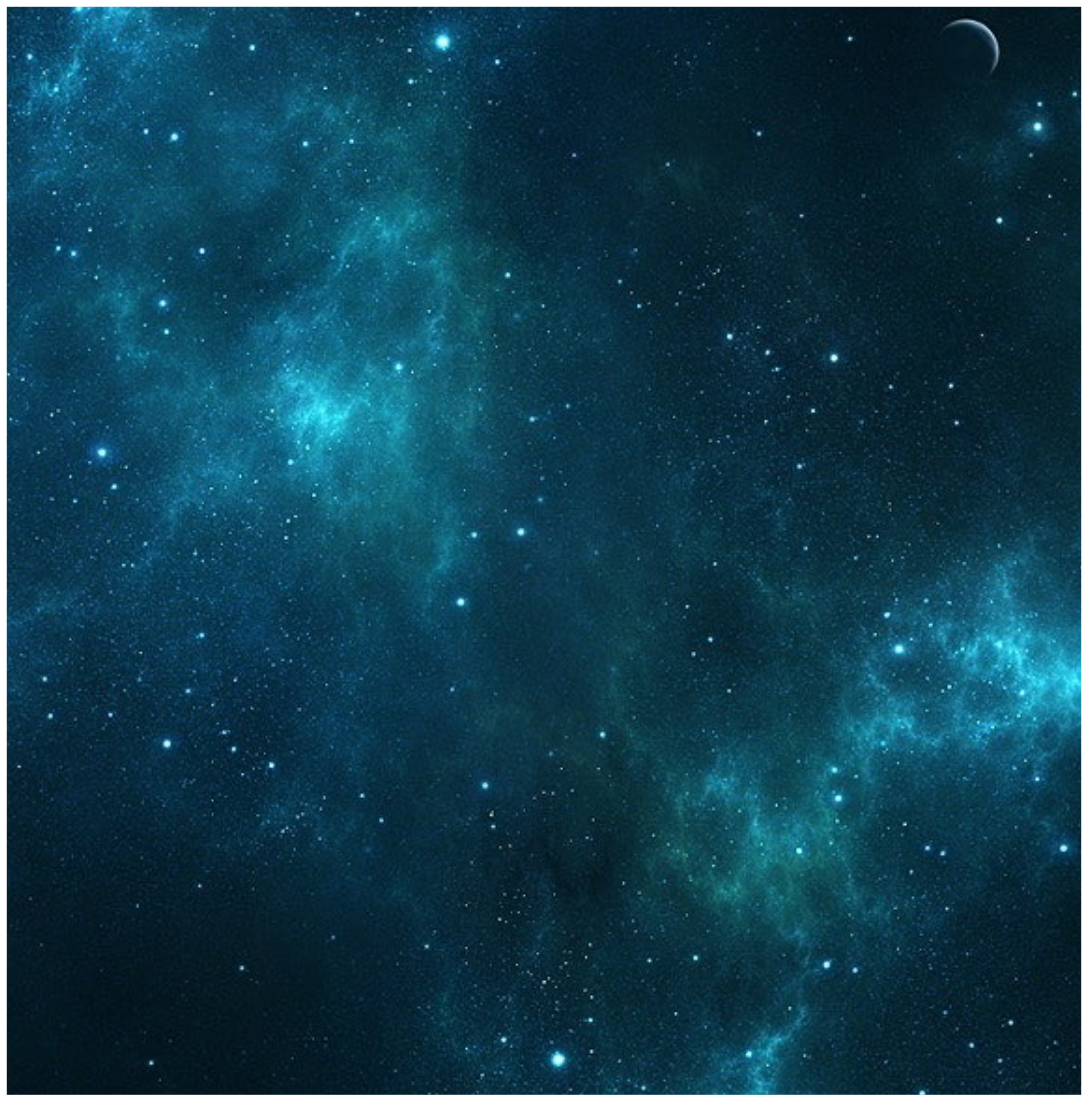
Repository: madd107/demo-form
Page: Assigment_FEE/CaseStudy_2.html
An editor plug-in stored every save of this project. The page is shown before and after the next save, followed by the edit.
The browser window is 1280 px wide. The pictures show the whole page, at 85% of full size.
Backgrounds fixed to the window are drawn as part of the page.

Above is the page before, as saved 2021-10-01 16:28:19.

After the next save:
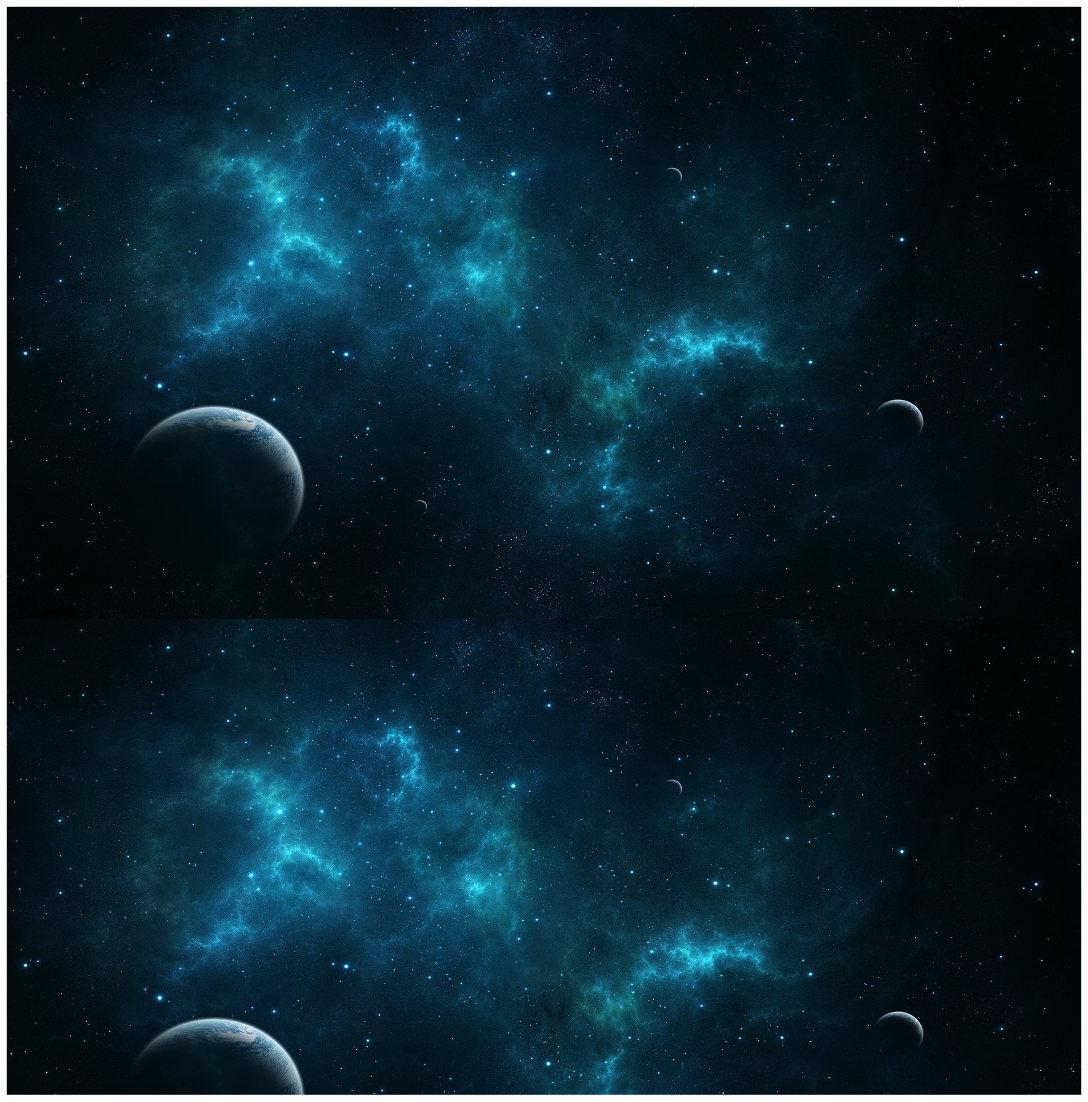
Saved 16 s later.
--- a/Assigment_FEE/css/CaseStudy_2.css
+++ b/Assigment_FEE/css/CaseStudy_2.css
@@ -6,5 +6,5 @@
   background-position: center;
   background-repeat: no-repeat;
   background-attachment: fixed;
-  background-size: 4220px;
+  background-size: 100%;
 }
